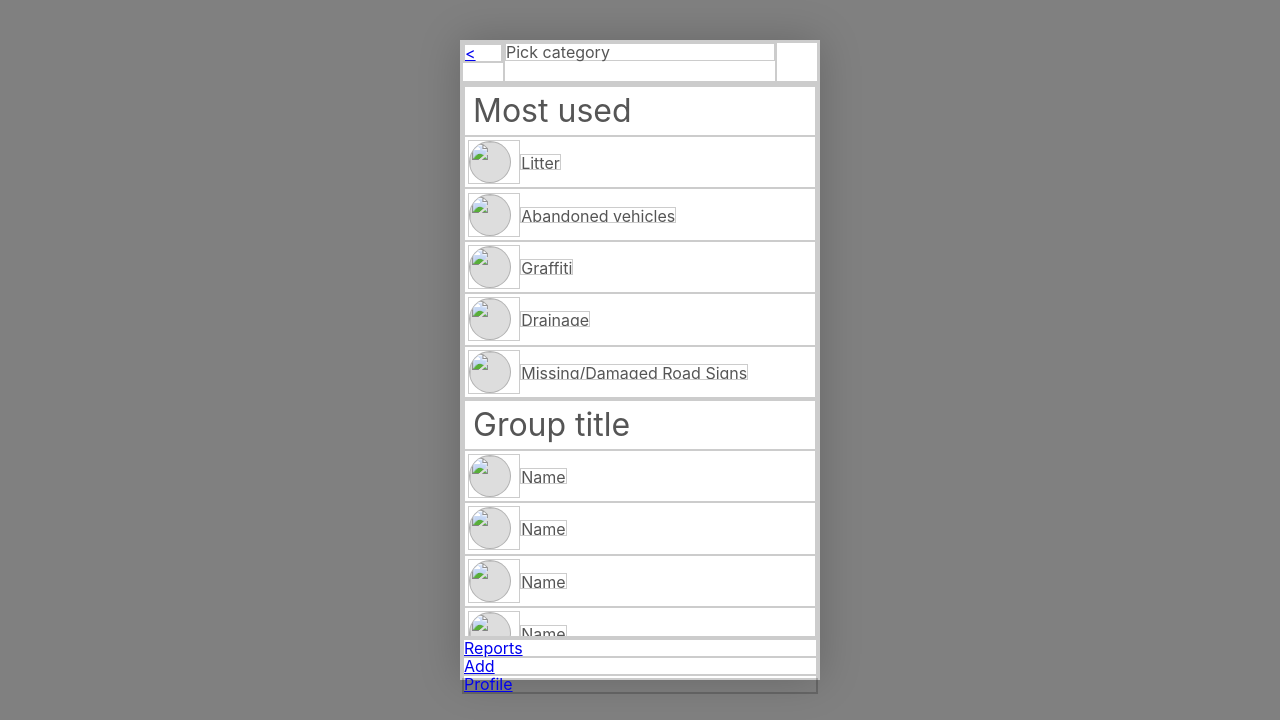
Repository: aleksandrenko/html-css-playground
Page: add report.html
These files come from the project's save history. The page is drawn as it stood at one moment and after a run of saves; the edit follows.
The browser window is 1280 px wide. The pictures show the whole page.

Above is the page before, as saved 2018-01-18 18:31:11.

### add report.html
<!DOCTYPE html>
<html lang="en">
<head>
  <meta charset="UTF-8">
  <link rel="stylesheet" href="./css/shared.css">
  <link rel="stylesheet" href="./css/pages/categories.css">
</head>
<body>

<app>
  <header>
    <left>
      <history-control>
        <a href="#"><</a>
      </history-control>
    </left>
    <middle>
      <page-name>Pick category</page-name>
    </middle>
    <right></right>
  </header>
  <main>
    <categories>
      <group>
        <title>Most used</title>
        <category>
            <picture><img src="./" alt=""></picture>
            <name>Litter</name>
          </category>
          <category>
            <picture><img src="./" alt=""></picture>
            <name>Abandoned vehicles</name>
          </category>
          <category>
            <picture><img src="./" alt=""></picture>
            <name>Graffiti</name>
          </category>
          <category>
            <picture><img src="./" alt=""></picture>
            <name>Drainage</name>
          </category>
          <category>
            <picture><img src="./" alt=""></picture>
            <name>Missing/Damaged Road Signs</name>
          </category>
      </group>

      <group>
          <title>Group title</title>
          <category>
              <picture><img src="./" alt=""></picture>
              <name>Name</name>
            </category>
            <category>
              <picture><img src="./" alt=""></picture>
              <name>Name</name>
            </category>
            <category>
              <picture><img src="./" alt=""></picture>
              <name>Name</name>
            </category>
            <category>
              <picture><img src="./" alt=""></picture>
              <name>Name</name>
            </category>
            <category>
              <picture><img src="./" alt=""></picture>
              <name>Name</name>
            </category>
            <category>
              <picture><img src="./" alt=""></picture>
              <name>Name</name>
            </category>
            <category>
              <picture><img src="./" alt=""></picture>
              <name>Name</name>
            </category>
            <category>
              <picture><img src="./" alt=""></picture>
              <name>Name</name>
            </category>
            <category>
              <picture><img src="./" alt=""></picture>
              <name>Name</name>
            </category>
            <category>
              <picture><img src="./" alt=""></picture>
              <name>Name</name>
            </category>
            <category>
              <picture><img src="./" alt=""></picture>
              <name>Name</name>
            </category>
        </group>
    </categories>
  </main>
  <footer>
    <nav>
      <a href="#">Reports</a>
      <a href="#">Add</a>
      <a href="report.html">Profile</a>
    </nav>
  </footer>
</app>

</body>
</html>

### css/shared.css
@import "config.css";
@import "reset.css";
@import "global.css";

@import "debug.css";

@import "layout.css";

### css/pages/categories.css
categories {
}

categories group title {
  font-size: 2rem;
  padding: 0.5rem;
}

categories group category {
  padding: 0.2rem;
  display: flex;
  flex-direction: row;
  align-items: center;
}

categories group picture img {
  display: block;
  width: 42px;
  height: 42px;
  background: #ddd;
  border-radius: 50%;
  margin-right: 0.5rem;
}

categories group name {
  overflow: hidden;
  text-overflow: ellipsis;
  height: 1rem;
}

### index.html
<!DOCTYPE html>
<html lang="en">
<head>
  <meta charset="UTF-8">
  <link rel="stylesheet" href="./css/shared.css">
  <link rel="stylesheet" href="./css/pages/splash.css">
</head>
<body>

<app>
  <splash>
    <h1>Ready to report?</h1>
    <h2>Report, track and discuss local problems!</h2>
    <login-button><a href="reports.html">Facebook</a></login-button>
  </splash>
</app>

</body>
</html>

### css/config.css
:root {
    --header-height: 42px;
    --footer-height: 42px;

    --min-width: 320px;
    --min-height: 460px;

    --text-global-color: #555;
    --text-global-font: "SF Pro Display", "SF Pro Icons", "Helvetica Neue", "Helvetica", "Roboto", "Arial" ,sans-serif;
}

### css/reset.css
html, body, div, span,
h1, h2, h3, h4, h5, h6, p,
a, abbr, acronym, address, img,
small, strike, strong,
b, u, i, center, ol, ul, li,
fieldset, form, label, footer, header,
menu, nav, section {
    margin: 0;
    padding: 0;
    border: 0;
    font-size: 100%;
    font: inherit;
    vertical-align: baseline;
}
/* HTML5 display-role reset for older browsers */
article, aside, details, figcaption, figure,
footer, header, hgroup, menu, nav, section {
    display: block;
}
body {
    line-height: 1;
}
ol, ul {
    list-style: none;
}

### css/global.css
body {
    min-height: var(--min-height);
    min-width: var(--min-width);
}

* {
    box-sizing: border-box;
    display: block;
}

app {
    font-family: var(--text-global-font);
    font-size: 1rem;
    color: var(--text-global-color);
    background: white;

}

### css/debug.css

body {
  background: gray;
}

body * {
  border: solid 1px rgba(0,0,0,0.2);
}

app {
  width: 360px;
  height: 640px;
  box-shadow: 0 0 40px rgba(0, 0, 0, .2);

  top: 50% !important;
  left: 50% !important;
  bottom: auto;
  right: auto;
  transform: translate(-50%, -50%);
}

### css/layout.css
app {
  display: flex;
  flex-direction: column;
  position: fixed;
  top: 0;
  bottom: 0;
  left: 0;
  right: 0;
}

/* app header */

app header {
  display: flex;
  height: 42px;
}

app header left {
  width: 42px;
}

app header middle {
  flex: 1;
}

app header right {
  width: 42px;
}

/* app main */

app main {
  flex: 1;
  position: relative;
  overflow: hidden;
}

/* app footer */

app footer {
  height: 42px;
}

After the next 2 saves:
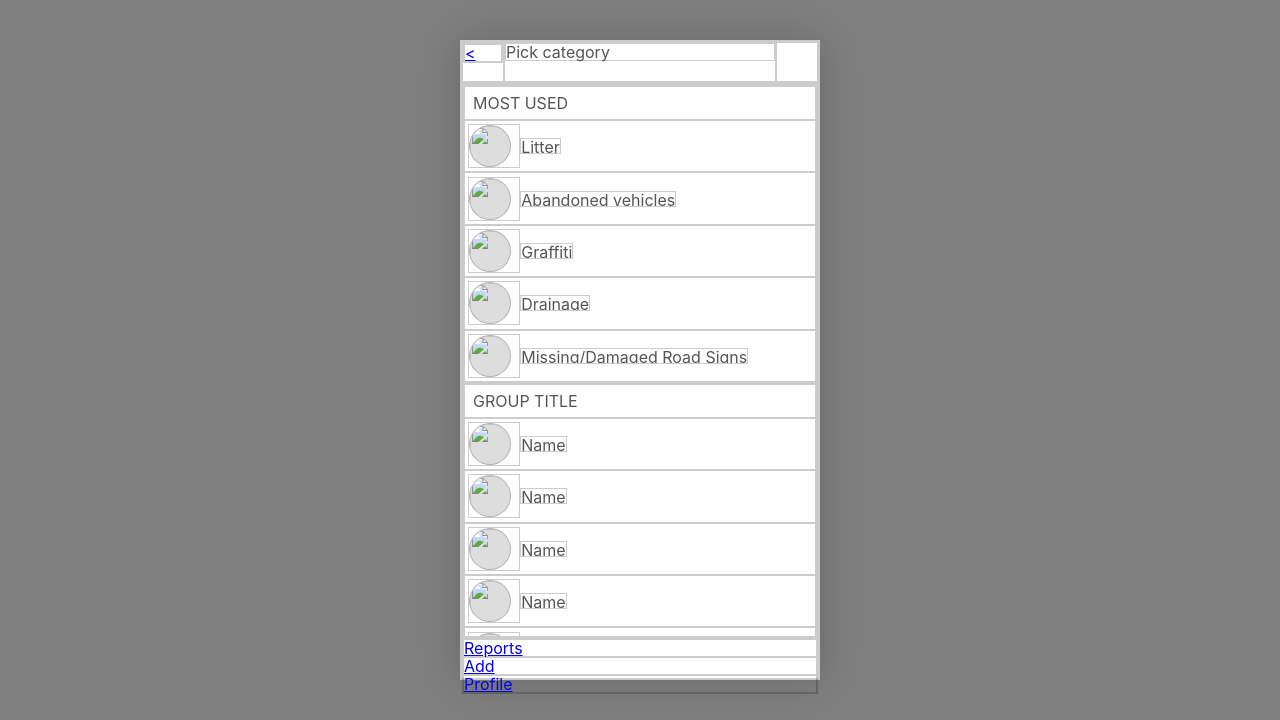
The 2 saves are shown as one change because they came seconds apart.
The last was saved 7 s later.
--- a/css/pages/categories.css
+++ b/css/pages/categories.css
@@ -2,8 +2,9 @@ categories {
 }
 
 categories group title {
-  font-size: 2rem;
+  font-size: 1rem;
   padding: 0.5rem;
+  text-transform: uppercase
 }
 
 categories group category {
